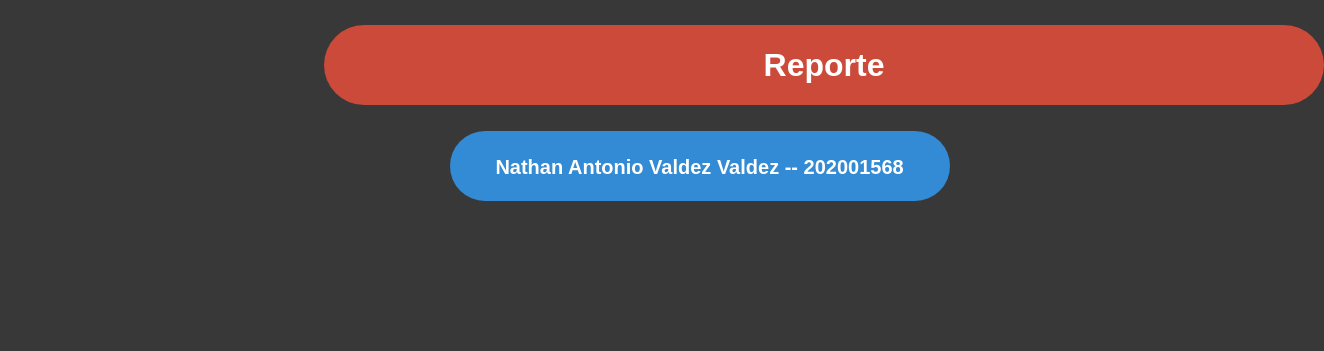
Repository: nathanvdev/LFP_PR_202001568
Page: plantilla.html
The author's editor kept a copy of each file at every save. The page is drawn from the files as they stood at one save, then again after the next save.
The browser window is 1280 px wide. The page is 1324 px wide, so the pictures cover 1324 px, including what lies to the right of the window. The pictures show the whole page.

Above is the page before, as saved 2022-02-19 18:56:27.

After the next save:
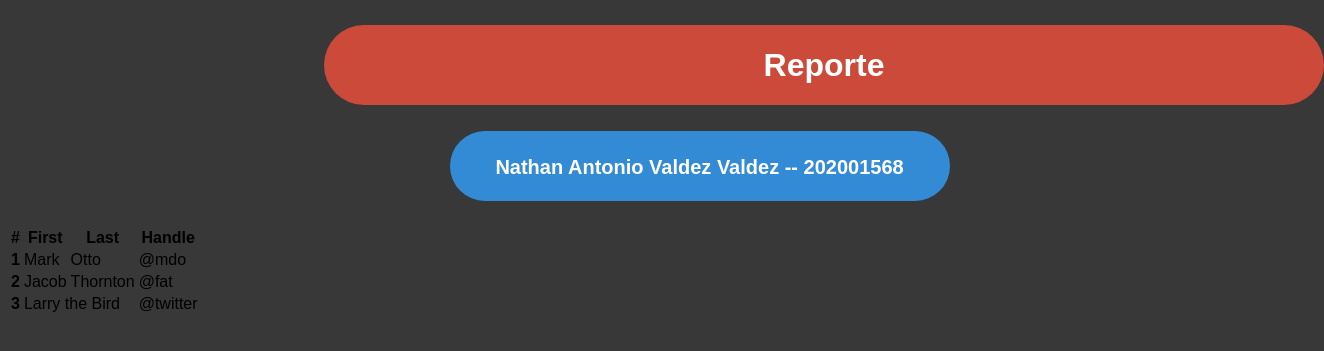
Saved 48 s later.
--- a/plantilla.html
+++ b/plantilla.html
@@ -33,6 +33,9 @@
         border-radius: 45px;
 
     }
+    .tabla{
+
+    }
 </style>
 <body style="background-color: rgb(56, 56, 56);">
     <div class="titlebox">
@@ -44,5 +47,36 @@
             Nathan Antonio Valdez Valdez  --  202001568
         </h3>
     </div>
+    <div class="tabla">
+<table class="table">
+  <thead>
+    <tr>
+      <th scope="col">#</th>
+      <th scope="col">First</th>
+      <th scope="col">Last</th>
+      <th scope="col">Handle</th>
+    </tr>
+  </thead>
+  <tbody>
+    <tr>
+      <th scope="row">1</th>
+      <td>Mark</td>
+      <td>Otto</td>
+      <td>@mdo</td>
+    </tr>
+    <tr>
+      <th scope="row">2</th>
+      <td>Jacob</td>
+      <td>Thornton</td>
+      <td>@fat</td>
+    </tr>
+    <tr>
+      <th scope="row">3</th>
+      <td colspan="2">Larry the Bird</td>
+      <td>@twitter</td>
+    </tr>
+  </tbody>
+</table>
+    </div>
 </body>
 </html>
